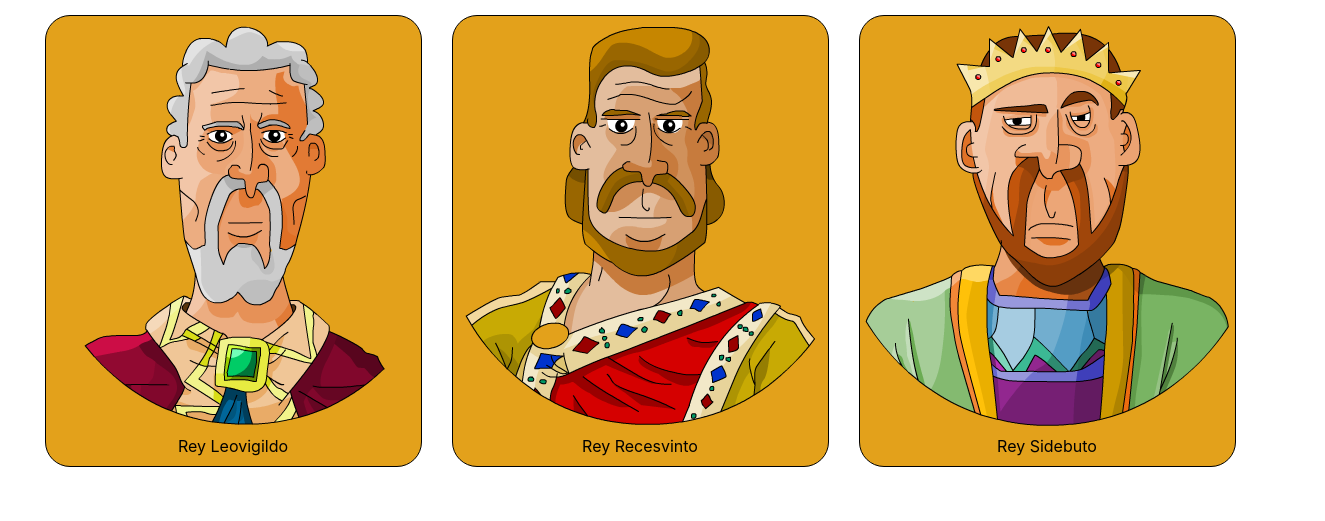
Repository: abgdev1997/ejercicios-react
Page: /
These files come from the project's save history. The page is drawn as it stood at one moment and after the next save; the edit follows.
The browser window is 1280 px wide. The page is 1280 px wide, then 1325 px, so the pictures cover 1325 px, including what lies to the right of the window. The pictures show the whole page.
The project was rebuilt for these pictures with package versions that can differ from the ones it lists, and the page was loaded fresh each time.

Above is the page before, as saved 2022-02-22 12:57:50.

After the next save:
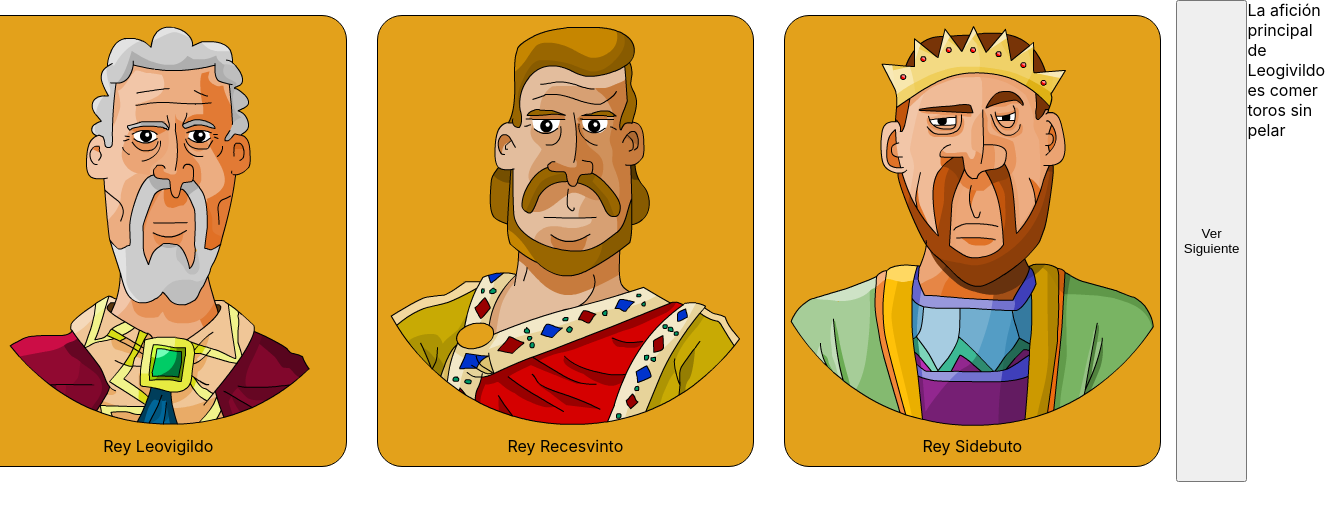
Saved 21 min 1 s later.
--- a/src/App.js
+++ b/src/App.js
@@ -1,44 +1,80 @@
-import './App.css';
-import leovigildo from './rey_leogivildo.png';
-import recesvinto from './rey_recesvinto.png';
-import sisebuto from './rey_sisebuto.png';
-import incognito from './rey_incognito.png'
+import "./App.css";
+import leovigildo from "./rey_leogivildo.png";
+import recesvinto from "./rey_recesvinto.png";
+import sisebuto from "./rey_sisebuto.png";
+import incognito from "./rey_incognito.png";
+import { useState } from "react";
 
 function App() {
+  const reyesGodos = [
+    {
+      nombre: "Leogivildo",
+      aficion: "comer toros sin pelar",
+    },
+    {
+      nombre: "Recesvinto",
+      aficion: "leer a Hegel en arameo",
+    },
+    {
+      nombre: "Sisebuto",
+      aficion: "la cría del escarabajo en almíbar",
+    },
+  ];
+
+  const [mensaje, setMensaje] = useState(`La afición principal de ${reyesGodos[0].nombre} es ${reyesGodos[0].aficion}`);
+
+  const [contador, setContador] = useState(1);
 
   const cambiarImagen = (e) => {
-    if(e.target.src.includes('incognito')){
-      e.target.style.visibility = 'hidden';
-    }else{
+    if (e.target.src.includes("incognito")) {
+      e.target.style.visibility = "hidden";
+    } else {
       e.target.src = incognito;
     }
-    e.target.parentNode.style.backgroundColor="white";
-    e.target.parentNode.style.borderColor="white";
-  }
+    e.target.parentNode.style.backgroundColor = "white";
+    e.target.parentNode.style.borderColor = "white";
+  };
 
   const cambiarTexto = (e) => {
-    if(e.target.innerHTML.includes('Visto')){
-      e.target.style.visibility = 'hidden';
+    if (e.target.innerHTML.includes("Visto")) {
+      e.target.style.visibility = "hidden";
+    } else {
+      e.target.innerHTML = "Visto";
+    }
+    e.target.style.backgroundColor = "white";
+  };
+
+  const cambiarMensaje = () => {
+    setMensaje(`La afición principal de ${reyesGodos[contador].nombre} es ${reyesGodos[contador].aficion}`);
+    if(contador === 3){
+      setContador(0)
     }else{
-      e.target.innerHTML = 'Visto';
+      setContador(contador + 1)
     }
-    e.target.style.backgroundColor='white';
-  }
+  };
 
   return (
     <div className="App">
-      <div className='img'>
-        <img onClick={cambiarImagen} alt='Rey Leovigildo' src={leovigildo} />
-        <span onClick={cambiarTexto} className='span'>Rey Leovigildo</span>
+      <div className="img">
+        <img onClick={cambiarImagen} alt="Rey Leovigildo" src={leovigildo} />
+        <span onClick={cambiarTexto} className="span">
+          Rey Leovigildo
+        </span>
       </div>
-      <div className='img'>
-        <img onClick={cambiarImagen} alt='Rey Recesvinto' src={recesvinto} />
-        <span onClick={cambiarTexto} className='span'>Rey Recesvinto</span>
+      <div className="img">
+        <img onClick={cambiarImagen} alt="Rey Recesvinto" src={recesvinto} />
+        <span onClick={cambiarTexto} className="span">
+          Rey Recesvinto
+        </span>
       </div>
-      <div className='img'>
-        <img onClick={cambiarImagen} alt='Rey Sisebuto' src={sisebuto} />
-        <span onClick={cambiarTexto} className='span'>Rey Sidebuto</span>
+      <div className="img">
+        <img onClick={cambiarImagen} alt="Rey Sisebuto" src={sisebuto} />
+        <span onClick={cambiarTexto} className="span">
+          Rey Sidebuto
+        </span>
       </div>
+      <button onClick={cambiarMensaje} >Ver Siguiente</button>
+      <span>{mensaje}</span>
     </div>
   );
 }
